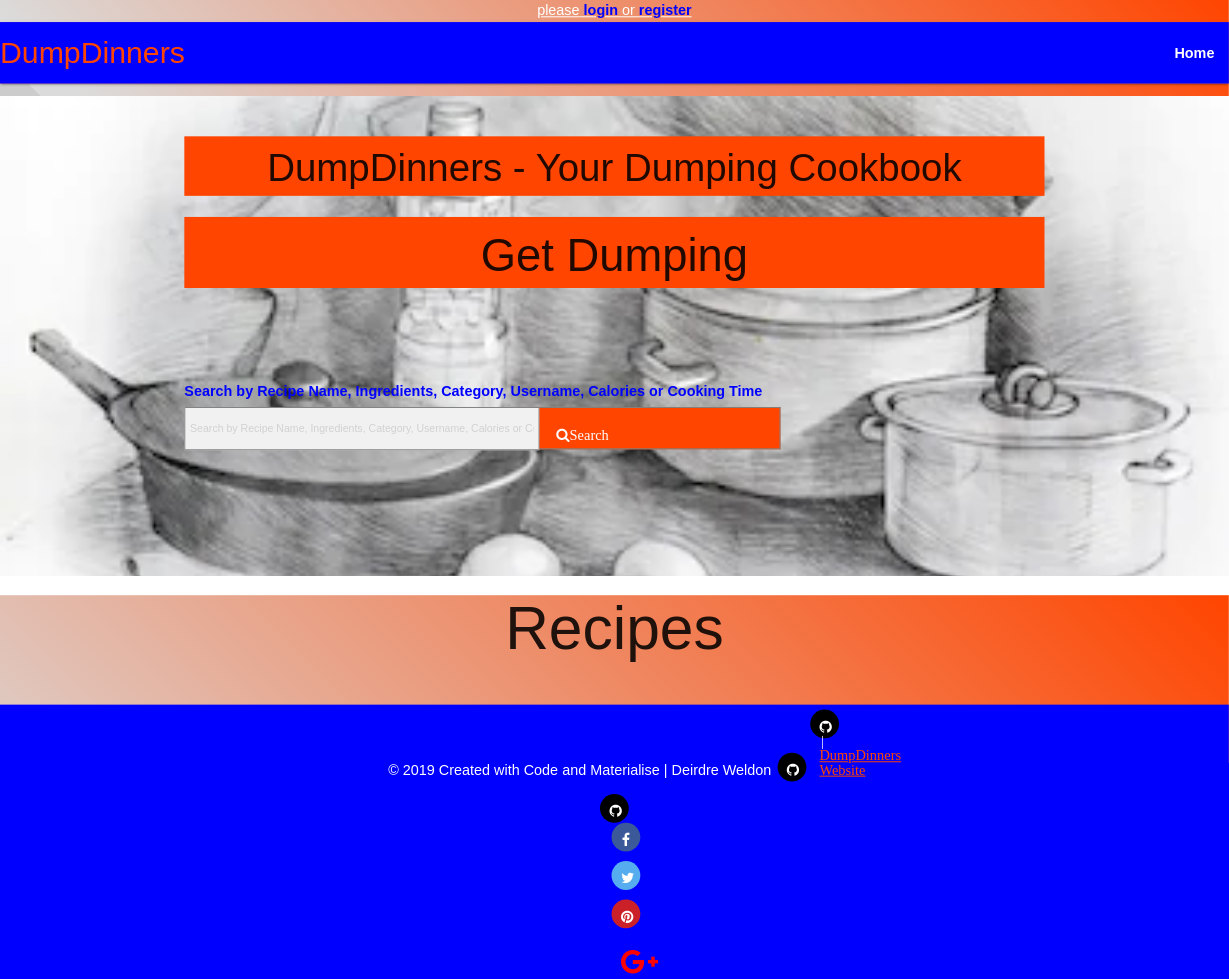
Repository: Deirdre18/dumpdinners-recipe-app
Page: http://localhost/
The author's editor kept a record of every edit. The page is drawn from the files as they stood at one moment, then again after the next edit.
The browser window is 1280 px wide. The pictures show the whole page, at 96% of full size.
Some web libraries are served in a nearby version. The page is served by the project's application, run on Flask 3 (app.py). Queries for data that is not in the repository find no rows.

Above is the page before.

### templates/allrecipes1.html
{% extends "base.html" %} {% block content %}

<h1 class="title">Recipes</h1>
{#{{referred to https://github.com/pierceoneill/code-institute-milestone-project-04/blob/master/templates/recipes.html for recipe-cards code.}}#}



<div id="recipe-cards" class="row">
    {% for recipe in recipes %}
    <div class="col s12 m4 l3 recipe-card" data-date="{{recipe.date_added}}">

        <div class="card-heading">

            <div class="card-title" style="text-align:center">
                <h6><span id="recipe_name" name="recipe_name"><i><strong>{{recipe.recipe_name}}</i></strong></span></h6>

            </div>
        </div>
        <strong>Views:</strong><i class="fa fa-eye" aria-hidden="true" style="color:blue;font-size: 20px">&nbsp{{recipe.views}}</i> <br> <strong>Likes:</strong><i class="fa fa-heart" aria-hidden="true" style="color:red; font-size: 20px">&nbsp{{recipe.likes}}</i><br>
        <strong>Category</strong><i class="fa fa-cutlery"aria-hidden="true" style="color:blue;font-size: 20px"></i> {{recipe.category_name}}


        <div class="card-image">
            <img src="{{recipe.image}}" width="200" height="200" style="margin-top" : 40%;>
        </div>


        <div class="card-body" style="white-space:normal">

            <p id="short_description"></p><strong><em>{{recipe.short_description}}</strong></em>
            </p>

        </div>

        <h6 class="view-and-share"><strong> View and Share!</strong>
        </h6>
        <p class=shares "col s4 m3 l3" style="white-space:normal">

            <i class="fa fa-facebook" aria-hidden="true"></i>
            <i class="fa fa-twitter" aria-hidden="true" style="color: light-blue"></i>
              <i class="fa fa-pinterest" aria-hidden="true"></i>
              <i class="fa fa-google-plus" style="font-size:30px; color:red"></i>
        </p>

        <div class="card-footer" style="white-space:normal">



            <div class="card-action">
                <a href="/recipe/{{ recipe._id }}"> <button class="btn waves-effect waves-light" type="submit" style="background-color:orangered" name="action">See More
                <i class="material-icons right">view_list</i>
             </button></a>
                <br><br><br>

            </div>

        </div>




        <!-- more display -->
    </div>
    {% endfor %} {% endblock %}

### templates/base.html
<!DOCTYPE html>
<html>

<head>
    <!--referred to this link for downloading bootstrap, as well as previous CI tutorials - https://forums.fedoraforum.org/showthread.php?314148-How-to-download-bootstrap-->

    <meta charset="UTF-8">
    <meta name="viewport" content="width=device-width, user-scalable=no, initial-scale=1.0, maximum-scale=1.0, minimum-scale=1.0">
    <meta http-equiv="X-UA-Compatible" content="ie=edge">
    <title>{{ title }} - DumpDinners</title>
    <link href="https://fonts.googleapis.com/icon?family=Material+Icons" rel="stylesheet">
    <link rel="stylesheet" href="https://cdnjs.cloudflare.com/ajax/libs/materialize/0.100.2/css/materialize.min.css">


    <link rel="stylesheet" href="{{url_for('static', filename='styles.css')}}" type="text/css" />


    <!--referred to this for favicon - https://www.flaticon.com/-->

    <link rel="icon" type="image/ico" href="/static/images/favicon.ico" />
    <link rel="stylesheet" href="https://cdnjs.cloudflare.com/ajax/libs/font-awesome/4.7.0/css/font-awesome.min.css">

    <style>
        body {
            font-family: Arial;
        }
        * {
            box-sizing: border-box;
        }
        form.example input[type=text] {
            padding: 5px;
            font-size: 11px;
            border: 1px solid grey;
            float: left;
            width: 4%;
            height: 1%;
            background: #f1f1f1;
        }
        form.example button {
            float: left;
            width: 2%;
            height: 2%;
            padding: 5px;
            background: #2196F3;
            color: white;
            font-size: 11px;
            border: 1px solid grey;
            border-left: none;
            cursor: pointer;
        }
        form.example button:hover {
            background: #0b7dda;
        }
        form.example::after {
            content: "";
            clear: both;
            display: table;
        }
    </style>

 <style>
            .footer {
                margin-top: 1px;
                display: fixed;
                min-height: 3vh;
                flex-direction: column;
                text-align: center;
                background-color: blue;
                color: white;
            }
            main {
                flex: 1 0 auto;
            }
            .container {
                margin-top: 15px;
                margin-bottom: 3px;
            }
        </style>



        <style>
            .fa {
                padding: 10px;
                font-size: 15px;
                width: 30px;
                text-decoration: none;
                margin: 5px 2px;
                border-radius: 50%;
                height: 30px;
            }
            .fa:hover {
                opacity: 0.7;
            }
            .fa-facebook {
                background: #3B5998;
                color: white;
                text-align: center;
            }
            .fa-twitter {
                background: #55ACEE;
                color: white;
                text-align: center;
            }
            .fa-youtube {
                background: #bb0000;
                color: white;
                text-align: center;
            }
            .fa-pinterest {
                background: #cb2027;
                color: white;
                text-align: center;
            }
            .fa-github {
                background: black;
                color: white;
                text-align: center;
                font-size: 15px;
            }
            strong {
                font-weight: bold;
            }
        </style>



</head>

<body>

    <style scoped>
        .pattern {
            min-height: 100px;
        }
        #stripes4 {
            background-image: repeating-linear-gradient(45deg, #ccc, #ccc 30px, #dbdbdb 30px, #dbdbdb 60px, orangered);
        }
    </style>

    <!--to give background gradient color, referred to https://www.quackit.com/css/codes/patterns/css_background_stripes.cfm-->

    <div id="stripes4" class="pattern">


        <!--referred to code from Spence Barribal's github project for username in session below (Student at Code Institute).-->

        {% if 'username' in session %}
        <div class="text-light font-italic bg-dark pt-2 pr-4" style="text-align:center; color:blue"><strong>welcome back, {{ session['username'] }}</strong>
        </div>

        <!--Referred to stack overflow article on centering anchors.-->

        <div class="display:block; text-align: center">
            <a href="{{ url_for('add_recipe') }}" <button class="btn waves-effect waves-light" type="submit" style="background-color:orangered" name="action">Add Recipe
                <i class="material-icons right">playlist_add</i>
             </button></div></a>



            <div class="display:block; text-align: center">
                <a href="{{ url_for( 'logout') }}" style="text-decoration:underline; color:blue; text-align:center,color:blue"><strong>Logout</strong></a>
            </div>

            <div class="display:block; text-align: center">
                <a href="{{ url_for( 'allrecipes') }}" style="text-decoration:underline;color:blue; text-align:center"><strong>Home</strong></a>

            </div>

            {% else %}

            <div class="login" style="text-align:center;text-decoration:underline; color:white">please<a href="{{ url_for('login') }}" style="color:blue"><strong> login</a></strong> or <a href="{{ url_for('register') }}" style="color:blue"><strong> register</strong></a>
            </div>
            {% endif %}

            <nav>
                <div class="nav-wrapper">
                    <a class="brand-logo" style="color:orangered">DumpDinners</a>
                    <a href="#" data-activates="mobile-demo" class="button-collapse"><i class="material-icons">menu</i></a>
                    <ul id="nav-mobile" class="right hide-on-med-and-down">

                        {% if 'username' not in session %}

                        <li class="nav-item">
                            <a href="{{ url_for('index') }}" style="color:white"><strong>Home</a></strong>
                        </li>


                        {% endif %}

                    </ul>
                </div>

            </nav>
            <!--referred to https://www.w3schools.com/howto/howto_css_search_button.asp-->

            {% if 'username' in session %}
            <ul class="sidenav" id="mobile-demo">
                <li class="nav-item">
                    <a href="{{ url_for('allrecipes') }}" style="color:orangered;text-decoration:underline"><strong>Home</strong></a>
                </li>
                {% endif %}


            </ul>
        </div>

        <div id="index-banner" class="parallax-container">
            <div class="section no-pad-bot">
                <div class="container">

                    <div class="parallax">
                        <img src="{{ url_for('static', filename='uploads/' + 'still-life.jpg') }}">
                    </div>

                    <h2 class="header center" style="background-color:orangered" class="header"><small>DumpDinners - Your Dumping Cookbook</small></h2>

                    <h1 class="header center" style="background-color:orangered" class="header"><small>Get Dumping</small></h1>
                    <br><br><br>


                    <!--/*referred to https://www.w3schools.com/howto/howto_css_search_button.asp*/-->

                    <div class="search-container">

                         <h6 class="lead-search" style="color:blue; text-align:left"><strong>Search by Recipe Name, Ingredients, Category, Username, Calories or Cooking Time</strong></h6>


                         <form class="example" action="{{ url_for('search') }}">
                            <input type="text" placeholder="Search by Recipe Name, Ingredients, Category, Username, Calories or Cooking Time..." required name="query" style="margin-top:1px; width:40%; height:3em !important" style="color:black">
                            <div id="search">
                                <button type="submit" style="margin-top:1px; width:28%; height:4em !important; background-color:orangered"><i class="fa fa-search" style="font-size:15px;float:left">Search</i></button>
                            </div>

                            </form>

                    </div>


                </div>
            </div>

            <!--Referred to this link for adding photos dynamically. https://stackoverflow.com/questions/40877272/jinja2-not-displaying-the-images-->


        </div>

        <div id="stripes4" class="pattern">
            {% block content %}{% endblock %}
        </div>

        <script src="https://ajax.googleapis.com/ajax/libs/jquery/3.4.1/jquery.min.js"></script>
        <script src="https://cdnjs.cloudflare.com/ajax/libs/jquery/3.2.1/jquery.min.js"></script>
        <script src="https://cdnjs.cloudflare.com/ajax/libs/materialize/0.100.2/js/materialize.min.js"></script>


        <script type="text/javascript">
            $(document).ready(function() {
                $(".button-collapse").sideNav();
            });
        </script>

        <script type="text/javascript">
            $('.datepicker').pickadate({
                selectMonths: true, // Creates a dropdown to control month
                selectYears: 15, // Creates a dropdown of 15 years to control year,
                today: 'Today',
                clear: 'Clear',
                close: 'Ok',
                closeOnSelect: false // Close upon selecting a date,
            });
        </script>


        <script>
            $(document).ready(function() {
                $('.parallax').parallax();
            });
        </script>

        <!-- jquery to activate buttons -->

        <script type="text/javascript">
            $(document).ready(function() {
                $('.collapsible').collapsible();
                $('select').material_select();
            });
        </script>


        <!--// to create footer referred to https://www.w3schools.com/howto/tryit.asp?filename=tryhow_css_fixed_footer. For flexible footer referred to https://materializecss.com/footer.html // decided to make footer fixed rather than flexible-->



        <div class="footer">

            <div class="container">
                <!--created blank spaces, referred to https://www.computerhope.com/jargon/n/nbsp.htm-->
                © 2019 Created with Code and Materialise&nbsp| Deirdre Weldon <a href="https://github.com/"> <i class="fa fa-github"></a> |&nbsp
                <a href="https://dumpdinners-recipe-app.herokuapp.com/" style="color:orangered; text-decoration: underline">DumpDinners Website
        </div>

        <!--for social media icons and styles referred to https://www.w3schools.com/howto/howto_css_social_media_buttons.asp    -->



        <!-- Add font awesome icons -->

        <a href="https://www.facebook.com/" class="fa fa-facebook"></a>
        <a href="https://www.twitter.com/" class="fa fa-twitter"></a>
        <a href="https://www.pinterest.com/" class="fa fa-pinterest"></a>
        <a href="https://plus.google.com/" <i class="fa fa-google-plus" style="font-size:30px; color:red"></i></a>


            </div>
</body>

</html>

### app.py
import os
import re
from flask import Flask, render_template, redirect, request, url_for, session, flash
import json
from flask_pymongo import PyMongo
import pymongo
from pymongo import MongoClient
from bson.objectid import ObjectId


from werkzeug.security import generate_password_hash, check_password_hash


app = Flask(__name__)

app.secret_key = "randomstring123"



if app.config['DEBUG'] == True:
    from config import dbconfig
    app.config["MONGO_DBNAME"] = 'dumpdinners'
    app.config["MONGO_URI"] = dbconfig()
else:
    app.config['MONGO_URI'] = os.environ.get("MONGO_URI")
    app.config['MONGO_DBNAME'] = os.environ.get("MONGO_DBNAME")

mongo = PyMongo(app)


@app.route('/')
@app.route('/index')
def index():
    """Home page the gets 4 recipes from DB that have been viewed the most"""
    four_recipes = mongo.db.recipes.find().limit(4)
    return render_template('allrecipes1.html', recipes=four_recipes)

@app.route('/allrecipes')
def allrecipes():
    recipes = mongo.db.recipes.find()
    return render_template('allrecipes.html', recipes=recipes)

@app.route('/allrecipes1')
def allrecipes1():
    recipes = mongo.db.recipes.find()
    four_recipes = mongo.db.recipes.find().limit(4)
    return render_template('allrecipes1.html', recipes=four_recipes)

@app.route('/add_recipe')
def add_recipe():
    recipes = mongo.db.recipes.find()
    return render_template('addrecipe.html',
        recipes=mongo.db.categories.find())



@app.route('/insert_recipe', methods=['POST'])
def insert_recipe():
    recipes = mongo.db.recipes
    recipes.insert_one(request.form.to_dict())
    flash ("Thank you, your recipe has been inserted!")
    return render_template('recipe.html', recipe=recipe)




@app.route('/edit_recipe/<recipe_id>', methods=['GET', 'POST'])
def edit_recipe(recipe_id):
    """Allows logged in user to edit their own recipes"""
    recipe_db = mongo.db.recipes.find_one_or_404({'_id': ObjectId(recipe_id)})
    all_categories =  mongo.db.categories.find()
    if request.method == 'GET':

        return render_template('editrecipe.html', recipe=recipe_db, categories=all_categories)


# referred to this article for advice on 'views' - https://stackoverflow.com/questions/5782311/mongodb-inc-embedded-value-syntax

@app.route('/update_recipe/<recipe_id>', methods=["POST"])
def update_recipe(recipe_id):
    recipes = mongo.db.recipes
    recipes.update( {'_id': ObjectId(recipe_id)},
    {
        '$set': {

        'recipe_name':request.form.get('recipe_name'),
        'ingredients':request.form.get('ingredients'),
        'image': request.form.get('image'),
        'category_name': request.form.get('category_name'),
        'username': request.form.get('username'),
        'methods': request.form.get('methods'),
        'short_description': request.form.get('short_description'),
        'date_added': request.form.get('date_added'),
        'is_vegetarian': request.form.get('is_vegetarian'),
        'views':1,
        'likes':1

        }
    })
    return redirect(url_for('allrecipes'))




@app.route('/delete_recipe/<recipe_id>')
def delete_recipe(recipe_id):
    mongo.db.recipes.remove({'_id': ObjectId(recipe_id)})
    return redirect(url_for('allrecipes'))

@app.route('/search')
def search():
    """Provides logic for search bar"""
    orig_query = request.args['query']
    # using regular expression setting option for any case
    query = {'$regex': re.compile('.*{}.*'.format(orig_query)), '$options': 'i'}
    # find instances of the entered word in title, tags or ingredients
    results = mongo.db.recipes.find({
        '$or': [
            {'recipe_name': query},
            {'ingredients': query},
            {'recipe_name': query},
            {'category_name': query},
            {'calories': query},
            {'cooking_time': query}
        ]
    })
    return render_template('search.html', query=orig_query, results=results)


@app.route('/recipe/<recipe_id>')
def recipe(recipe_id):

    """Shows full recipe and increments view"""
    mongo.db.recipes.find_one_and_update(
        {'_id': ObjectId(recipe_id)},
        { '$inc': { 'views': 1}}



    )
    recipe_db = mongo.db.recipes.find_one_or_404({'_id': ObjectId(recipe_id)})
    return render_template('recipe.html', recipe=recipe_db)

# routing for likes

@app.route('/likes/<recipe_id>')
def likes(recipe_id):

    """Shows full recipe and increments view"""
    mongo.db.recipes.find_one_and_update(
        {'_id': ObjectId(recipe_id)},
        { '$inc': { 'likes': 1}}



    )
    recipe_db = mongo.db.recipes.find_one_or_404({'_id': ObjectId(recipe_id)})
    return redirect(url_for('allrecipes1'))

#Copied routing for login from Deborah Thompson, student at Code Institute for login routing - #https://github.com/debbiect246/recipe-app#


@app.route('/login', methods=["GET","POST"])
def login():
    if request.method == 'POST':
        login_user = mongo.db.register.find_one({'username': request.form['username']})
        form = request.form
        if login_user:
            if(form["password"] == login_user["password"]): # if password correct
                session['username'] = login_user["username"]
                return redirect(url_for('allrecipes',register_id = login_user["_id"]))
            else: # and if password is not correct
               flash("Incorrect password, please try again or register")
        else:# if user does not exist
            flash("User does not exist")
            return redirect(url_for('register'))
    return render_template('login.html')


#Copied routing for register from Deborah Thompson, student at Code Institute for login routing - #https://github.com/debbiect246/recipe-app#

@app.route('/register', methods=['POST','GET'])
def register():
    if request.method == 'POST':
        register = mongo.db.register
        register_id = register.insert_one(request.form.to_dict())
        # print(register)
        object_id = register_id.inserted_id
        flash("Thank you for registering, please login to view more recipes and add your own!")
        return redirect(url_for('login'))
    return render_template('register.html')




#Copied routing for allrecipeslist from Deborah Thompson, student at Code Institute for login routing - #https://github.com/debbiect246/recipe-app#


@app.route('/logout')
def logout():
    """Clears session and redirects to home"""

    session.clear()
    flash ("Thank you, hope to see you again soon!")
    return redirect(url_for('login'))




if __name__ == '__main__':
    app.run(host=os.environ.get('IP'),
        port=int(os.environ.get('PORT')))

### static/styles.css
.card-body {
    width: 75%;
    margin-left: 0;
    left: auto;
    right: auto;
    white-space: pre-wrap;
}

#search [type="search"] [name="query"]
{
     height: 30px;
     width: 50px;
}


h3 {margin-top: 10%}

.main { margin-top: 20px;}

.card-image {width:25%;}

h5 .lead-search {margin-bottom: 0}

p .heading {margin-top: 30%;}


.card-image {white-space: pre-wrap;
            margin-bottom: -80px;
}


h1 {text-align: center;
    margin-top: 20px;

}

p {margin-top: 20%;}



.nav-wrapper {background-color: blue;}

#Add {color: indigo;
}

#View {color: indigo;
}

.brand-logo{text-align:left;}

.btn_small {
    height: 24px;
    width: 60px;
    line-height: 24px;
    margin: 5px 5px;
    padding: 0 0.5em;
}

After the next edit:
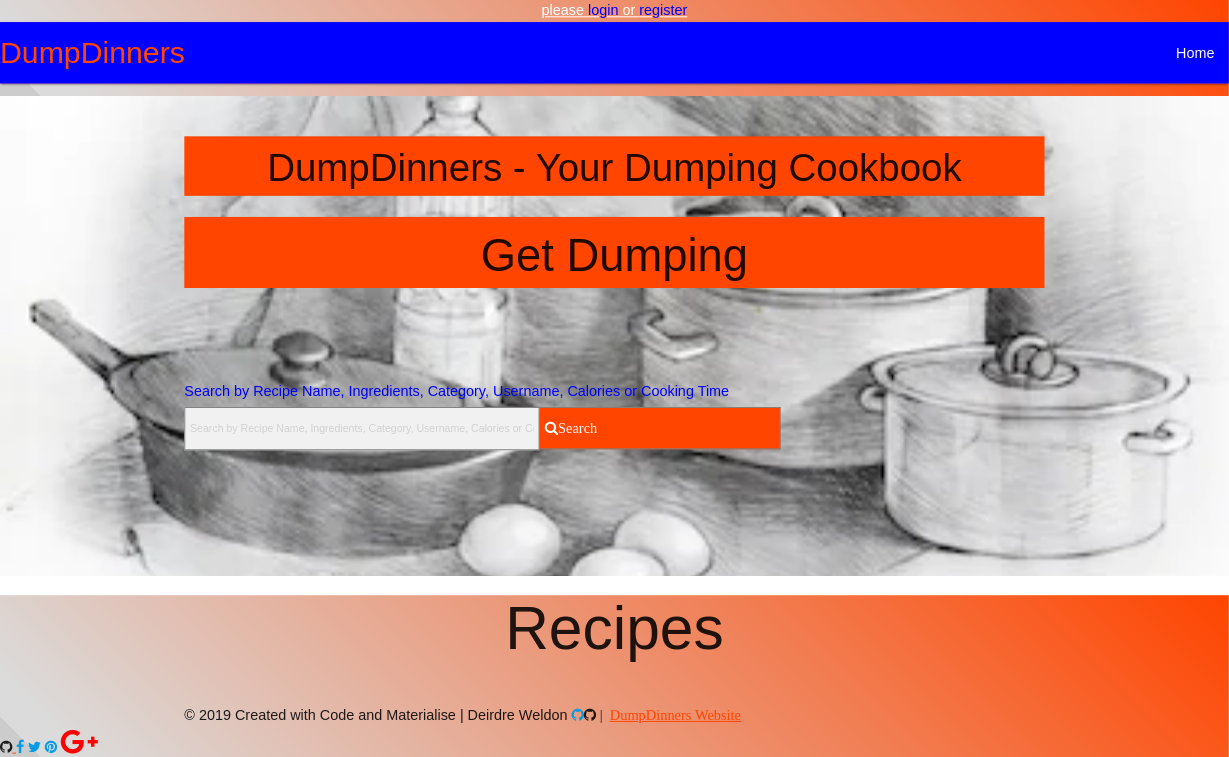
The edit:
--- a/templates/base.html
+++ b/templates/base.html
@@ -58,71 +58,6 @@
         }
     </style>
 
- <style>
-            .footer {
-                margin-top: 1px;
-                display: fixed;
-                min-height: 3vh;
-                flex-direction: column;
-                text-align: center;
-                background-color: blue;
-                color: white;
-            }
-            main {
-                flex: 1 0 auto;
-            }
-            .container {
-                margin-top: 15px;
-                margin-bottom: 3px;
-            }
-        </style>
-
-
-
-        <style>
-            .fa {
-                padding: 10px;
-                font-size: 15px;
-                width: 30px;
-                text-decoration: none;
-                margin: 5px 2px;
-                border-radius: 50%;
-                height: 30px;
-            }
-            .fa:hover {
-                opacity: 0.7;
-            }
-            .fa-facebook {
-                background: #3B5998;
-                color: white;
-                text-align: center;
-            }
-            .fa-twitter {
-                background: #55ACEE;
-                color: white;
-                text-align: center;
-            }
-            .fa-youtube {
-                background: #bb0000;
-                color: white;
-                text-align: center;
-            }
-            .fa-pinterest {
-                background: #cb2027;
-                color: white;
-                text-align: center;
-            }
-            .fa-github {
-                background: black;
-                color: white;
-                text-align: center;
-                font-size: 15px;
-            }
-            strong {
-                font-weight: bold;
-            }
-        </style>
-
 
 
 </head>
